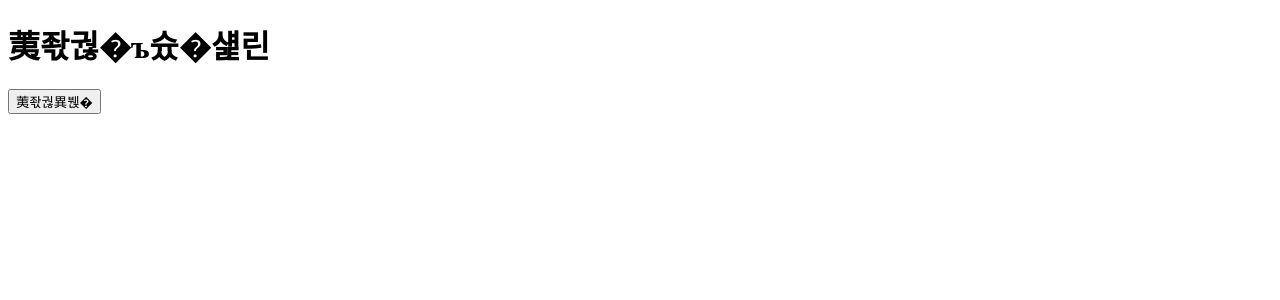
Repository: Junvelop/hkdevelope
Page: Downloads/back_end_edu20240624-master (1)/front_end_20240627/src/main/webapp/3.js/js23_cookie.html
These files come from the project's save history. The page is drawn as it stood at one moment and after the next save; the edit follows.
The browser window is 1280 px wide. The pictures show the whole page.

Above is the page before, as saved 2024-08-30 02:23:08.

After the next save:
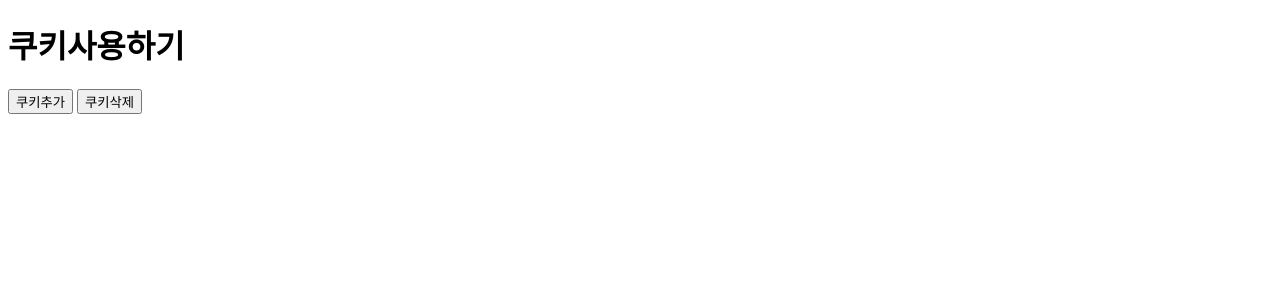
Saved 113 min 25 s later.
--- a/Downloads/back_end_edu20240624-master (1)/front_end_20240627/src/main/webapp/3.js/js23_cookie.html
+++ b/Downloads/back_end_edu20240624-master (1)/front_end_20240627/src/main/webapp/3.js/js23_cookie.html
@@ -1,46 +1,88 @@
 <!DOCTYPE html>
 <html>
 <head>
-<meta charset="EUC-KR">
-<title>Insert title here</title>
-<script type = "text/javascript">
- /*
- 	웹서비스 동작 방식 : 클라이언트   <------------->  서버
- 					//			  ---->request
- 					//			  <----response
- 					쿠키 : 클라이언트 측에 저장되고, 용량이 적은 데이터, 스크립트로 원하는 정보를 보관,
- 					유지, 서버로 전송됨, 용량은 4kb 제한, 도메인 하나당 저장 쿠키 약 20개 정도
- 					저장형식 : 문자열 타입 -> "key 이름 : value; id = hk; name = hankyung;.. "
- 					-> key:value 형태로 저장하며, ;으로 구분하게 된다.
- 					저장내용 : key, value, expires 기본으로 설정
- 					- expires : 설정단위 utc기준 (셰계표쥰시)으로 Date객체를 이용해서 설정
- 					- domain : 어디 도메인에서 쿠키를 쓸거야 ? (쿠키 사용 범위)
- 							(주도메인  : https://naver.com
- 							 서브도메인 : https://www.cafe.naver.com)		)
- 					- path : 쿠키사용범위 (/admin/a,b /admin/config)
- 					- secure : https로만 접근할 수 있는지 여부 - true/false
- 					- 유효기간 설정 : 쿠키 설정할 떄 유효기간을 설정하지 않으면 브라우저가 종료될 때 삭제됨
- 				 		설정방법은 expires, max-age 두가지방법이 잇음
+<meta charset="UTF-8">
+<title>js23_cookie</title>
+<script type="text/javascript">
+/*
+	웹서비스 동작 방식:     클라이언트  ------------    서버
+                                 request
+							     response
+	-cookie: 클라이언트 측에 저장되고, 용량이 적은 데이터, script로 원하는 정보를 보관,유지
+		    서버로 전송됨, 용량은 4kb 제한, 도메인 하나당 저장 쿠키 약 20개 정도
+	-저장형식: 문자열타입 -> "key이름:value;id=hk;name=hankyung;.."
+	                    : key:value형태로 저장하며, ;으로 구분하게된다.
+	-저장설정내용: key,value,expires 기본으로 설정
+			 - expires: 설정단위 UTC기준(세계표준시)으로 Date객체를 이용해서 설정
+	         - domain : 쿠키사용범위(주도메인: https://www.naver.com
+	        		 			 서브도메인: https://www.cafe.naver.com
+	        		 			  주/서브도메인접근:  .naver.com)
+	         - path : 쿠키사용범위(/admin/a/b, /admin/config)
+	         - secure :  https로만 접근할 수 있는지 여부 - true/false
 
- 					*/
+	-유효기간 설정: 쿠키 설정할때 유효기간을 설정하지 않으면 브라우저가 종료될때 삭제됨
+	             설정방법은 expires, max-age 두가지방법이 있음
+*/
 
- 					function setCookieTest(){
+	function setCookieTest(){
+		setCookie("user","hk",1);
+	}
 
- 						//setCookie()구현
- 						function setCookie(name,value,expires,domain,path,secure){
-// 							document.cookie = "id=hk;name=hankyung"; 일케하면 저장됨
- 							var cookies ="";
+	function removeCookieTest(){
+		removeCookie("user");
+	}
 
- 							document.cookie=cookies;
- 						//	document.cookie = "id=hk;name=hankyung"; 일케하면 저장됨
+	//setCookie() 구현 :   setCookie(a,b,c)
+	function setCookie(name,value,expires,domain,path,secure){
+		var cookies="";
 
- 						}
- 					}
+		//인코딩처리 3가지
+		//escape() : ASCII코드로 변환, 나머지 유니코드 변환 --> 이제 안씀
+		//encodeURI(): 주소전체를 인코딩할때 사용
+		//             일반 문자는 인코딩처리, 주소와 관련 특수문자는 제외
+		//            http://www.hankyung.com/user?id=aa&name=bb
+		//encodeURIComponent():모든 문자/특수문자등등을 인코딩 처리함
+		//                     파라미터를 처리할때 사용
+		// "name=value"
+		cookies+=name+"="+encodeURIComponent(value);//인코딩처리해서 저장
 
+		var date = new Date();
+		date.setDate(date.getDate()+expires);// 2024.08.30 --> 30+5
+		cookies+=";expires="+date.toUTCString();//유효기간설정:세계표준시로 설정
+// 		cookies+=";max-age="+(1000*1*60*60*24);// ms단위로 설정
+
+		if(domain){
+			cookies+=";domain="+domain;
+		}
+		if(path){
+			cookies+=";path="+path;
+		}
+		if(secure){
+			cookies+=";secure="+secure;
+		}
+		document.cookie=cookies;// 쿠키 저장하기
+// 		document.cookie="id=hk;name=hankyung";
+// 		document.forms
+// 		document.body...
+
+// 	원하는 쿠키값 가져오는 기능
+	function getCookie(){
+
+}
+	}
+// 쿠키 삭제하는 기능
+	function removeCookie(name){
+		var date = new Date();
+		date.setDate(date.getDate() -1); //현재 날짜의 1일전으로 셋팅 -> 유효 기간이 지남
+		document.cookie = name +";expires=" + date.toUTCString();
+		document.cookie = name + "=l;max-age=0;"
+
+	}
 </script>
 </head>
 <body>
 <h1>쿠키사용하기</h1>
-<button onclick = "setCookieTest()">쿠키추가</button>
+<button onclick="setCookieTest()">쿠키추가</button>
+<button onclick="removeCookieTest()">쿠키삭제</button>
 </body>
 </html>
